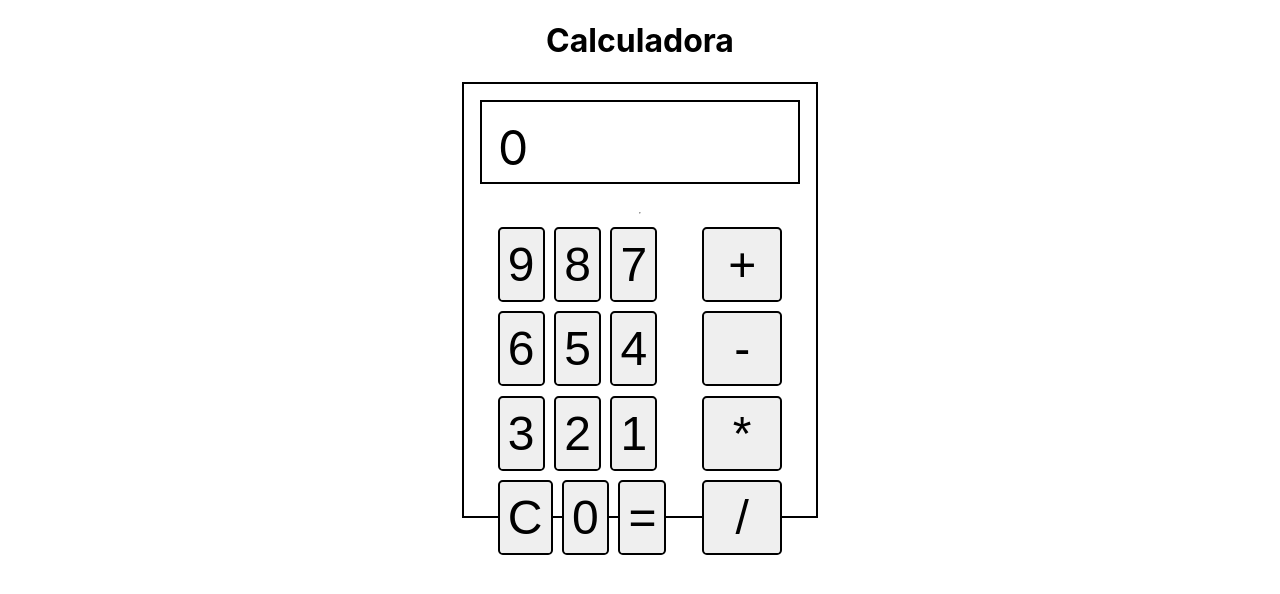
Repository: yamaka/curso-react-febrero-2022
Page: /
These files come from the project's save history. The page is drawn as it stood at one moment and after the next save; the edit follows.
The browser window is 1280 px wide. The pictures show the whole page.
The project was rebuilt for these pictures with package versions that can differ from the ones it lists, and the page was loaded fresh each time. Also part of the build but not shown: src/App.css, src/components/Zanahoria/Zanahoria.css, src/components/Zanahoria/Zanahoria.js, src/components/Zanahorias/Zanahorias.js, src/components/Lechuga/Lechuga.css, src/components/Lechuga/Lechuga.js, src/components/Calculadora/Calculadora.css, src/components/Calculadora/Calculadora.js and 3 more.

Above is the page before, as saved 2022-03-02 19:20:04.

### src/index.js
import React from 'react';
import ReactDOM from 'react-dom';
import './index.css';
import App from './App';
import reportWebVitals from './reportWebVitals';

ReactDOM.render(
  <React.StrictMode>
    <App />
  </React.StrictMode>,
  document.getElementById('root')
);

// If you want to start measuring performance in your app, pass a function
// to log results (for example: reportWebVitals(console.log))
// or send to an analytics endpoint. Learn more: https://bit.ly/CRA-vitals
reportWebVitals();

### src/App.js
import logo from './logo.svg';
import './App.css';
import Zanahorias from './components/Zanahorias/Zanahorias';
import Lechuga from './components/Lechuga/Lechuga';
import Calculadora from './components/Calculadora/Calculadora';
import CiclosVida from './components/CiclosVida/CiclosVida';
import CalculadoraHooks from './hooks/Calculadora/Calculadora'

function App() {
  return (
    <div style={{
      display: 'flex',
      flexDirection: 'column',
      justifyContent: 'center',
      alignItems: 'center'
    }}>
      {/* componentes sin estado  */}
      {/* <h1>Componentes sin estado  funcionales</h1>
      <h2>Verduleria</h2>
      <Zanahorias titulo={"zanahorias super economicas"} cantidad={3} />  */}
        {/* hacer lo mismo con lechugas */}
      {/* componentes con estado */}
      {/* <h1>componentes con estado como clase</h1>
      <Calculadora/> */}
      {/* <CiclosVida/> */}
      <CalculadoraHooks/>
    </div>
  );
}

export default App;

### src/hooks/Calculadora/Calculadora.js
//componentes como funcionales con estado
import React, { useState } from "react";
import Input from "../components/Input/Input";
import BotonNumerico from "../components/BotonNumerico/BotonNumerico";
import BotonOperacion from "../components/BotonOperacion/BotonOperacion";
import BotonIgual from "../components/BotonIgual/BotonIgual";
import BotonRefrescar from "../components/BotonRefrescar/BotonRefrescar";

import "./Calculadora.css";

const Calculadora = () => {
  const [display, setDisplay] = useState("0");
  const [operandoA, setOperandoA] = useState(0);
  const [operandoB, setOperandoB] = useState(0);
  const [operacion, setOperacion] = useState("+");

  //   se puede tambien con objetos
  //   const [calculadora, setCalculadora] = useState({
  //     display: "0",
  //     operandoA: 0,
  //     operandoB: 0,
  //     operacion: "+",
  //   });

  //   setCalculadora({ ...calculadora, ...{ display: "0" } });

  const onPressNumerico = (numero) => {
    if (operandoA == 0) {
      setOperandoA(numero);
      setDisplay(numero);
    } else {
      setOperandoB(numero);
      setDisplay(display + numero);
    }
  };

  const onPressOperacion = (operacion) => {
    setOperacion(operacion);
    setDisplay(display + operacion);
  };

  const calcular = () => {
    switch (operacion) {
      case "+":
        setDisplay((parseInt(operandoA) + parseInt(operandoB)).toString());
    }
  };

  return (
    <div className="container">
      <h1>Calculadora</h1>
      <div className="calculadora-container">
        <Input value={display} />
        <br />
        <hr />
        <div
          style={{
            display: "flex",
            flex: 1,
            flexDirection: "row",
            justifyContent: "space-around",
          }}
        >
          <div style={{ display: "flex", flexDirection: "column" }}>
            <div style={{ display: "flex", flexDirection: "row" }}>
              <BotonNumerico value="9" onPress={onPressNumerico} />
              <BotonNumerico value="8" onPress={onPressNumerico} />
              <BotonNumerico value="7" onPress={onPressNumerico} />
            </div>
            <div style={{ display: "flex", flexDirection: "row" }}>
              <BotonNumerico value="6" onPress={onPressNumerico} />
              <BotonNumerico value="5" onPress={onPressNumerico} />
              <BotonNumerico value="4" onPress={onPressNumerico} />
            </div>
            <div style={{ display: "flex", flexDirection: "row" }}>
              <BotonNumerico value="3" onPress={onPressNumerico} />
              <BotonNumerico value="2" onPress={onPressNumerico} />
              <BotonNumerico value="1" onPress={onPressNumerico} />
            </div>
            <div style={{ display: "flex", flexDirection: "row" }}>
              <BotonRefrescar value="C" onPress={onPressNumerico} />
              <BotonNumerico value="0" onPress={onPressNumerico} />
              <BotonIgual onPress={calcular} />
            </div>
          </div>
          <div style={{ display: "flex", flexDirection: "column" }}>
            <BotonOperacion operator="+" onPress={onPressOperacion} />
            <BotonOperacion operator="-" onPress={onPressOperacion} />
            <BotonOperacion operator="*" onPress={onPressOperacion} />
            <BotonOperacion operator="/" onPress={onPressOperacion} />
          </div>
        </div>
      </div>
    </div>
  );
};

export default Calculadora;

### src/hooks/components/Input/Input.js
import React from 'react'
import './Input.css'
//tarea que los numeros introduciodps vayan a la derecha

const Input = ({value}) => {
  return (
    <div className='input-container'><span>{value}</span></div>
  )
}

export default Input

### src/hooks/components/BotonNumerico/BotonNumerico.js
import React from 'react'
import './BotonNumerico.css';
const BotonNumerico = ({value, onPress}) => {
  return (
    <button className='boton-numerico' onClick={()=>onPress(value)}>{value}</button>
  )
}

export default BotonNumerico

### src/hooks/components/BotonOperacion/BotonOperacion.js
import React from "react";
import "./BotonOperacion.css";

const BotonOperacion = ({ operator, onPress }) => {
  return (
    <button className="boton-operacion" onClick={() => onPress(operator)}>
      {operator}
    </button>
  );
};

export default BotonOperacion;

### src/hooks/components/BotonIgual/BotonIgual.js
import React from "react";

const BotonIgual = ({ onPress }) => {
  return (
    <button className="boton-numerico" onClick={() => onPress()}>
      =
    </button>
  );
};

export default BotonIgual;

### src/hooks/components/BotonRefrescar/BotonRefrescar.js
import React from "react";

function BotonRefrescar({ value, onPress }) {
  return (
    <button className="boton-numerico" onClick={() => onPress(value)}>
      {value}
    </button>
  );
}

export default BotonRefrescar;

### src/hooks/Calculadora/Calculadora.css
.container {
  display: flex;
  flex: 1;
  flex-direction: column;
  align-items: center;
}
.calculadora-container {
  padding: 1rem;
  border: solid 1px;
  border-width: 2px;
  display: flex;
  flex-direction: column;
  width: 20rem;
  height: 25rem;
}

### src/hooks/components/Input/Input.css
.input-container{
    border: solid 1px;
    border-width: 2px;
    height: 3rem;
    font-size: 3rem;
    padding: 1rem;
}

### src/hooks/components/BotonNumerico/BotonNumerico.css
.boton-numerico {
  border: solid 2px;
  padding: 0.5rem;
  border-radius: 0.3rem;
  font-size: 3rem;
  margin: 0.3rem;
}

### src/hooks/components/BotonOperacion/BotonOperacion.css
.boton-operacion {
  border: solid 2px;
  padding-top: 0.5rem;
  padding-bottom: 0.5rem;
  padding-left: 1.5rem;
  padding-right: 1.5rem;
  border-radius: 0.3rem;
  font-size: 3rem;
  margin: 0.3rem;
}

Loaded but not shown: public/index.html (common file); src/index.css (common file); src/reportWebVitals.js (common file)

After the next save:
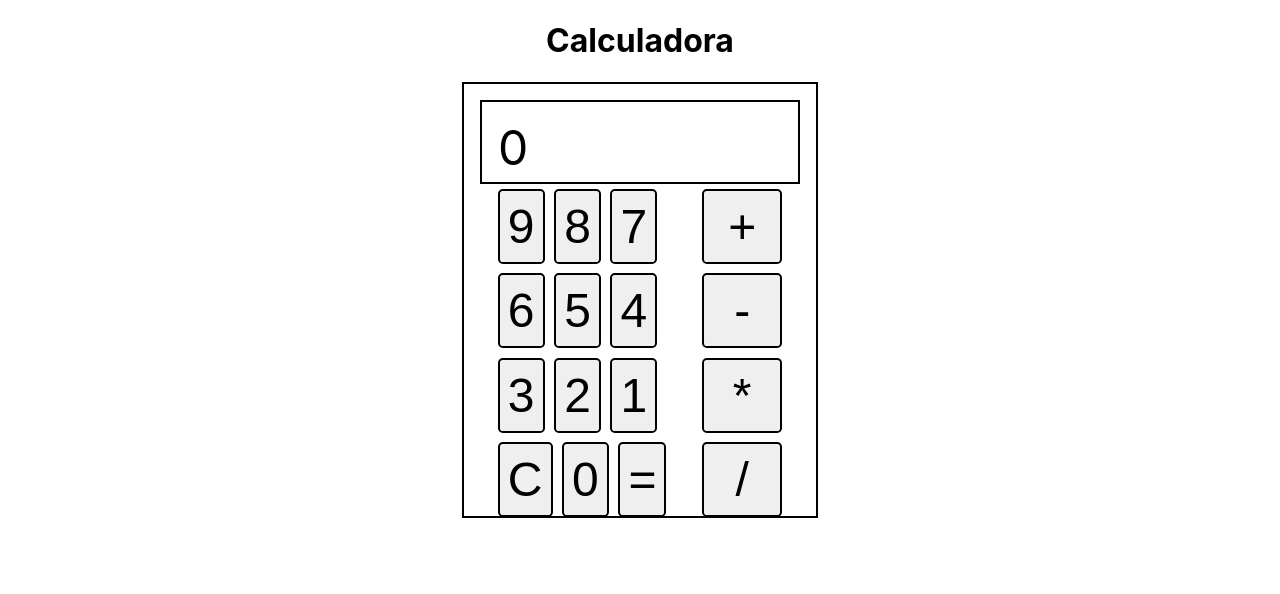
Saved 14 s later.
--- a/src/hooks/Calculadora/Calculadora.js
+++ b/src/hooks/Calculadora/Calculadora.js
@@ -51,8 +51,7 @@ const Calculadora = () => {
       <h1>Calculadora</h1>
       <div className="calculadora-container">
         <Input value={display} />
-        <br />
-        <hr />
+
         <div
           style={{
             display: "flex",
